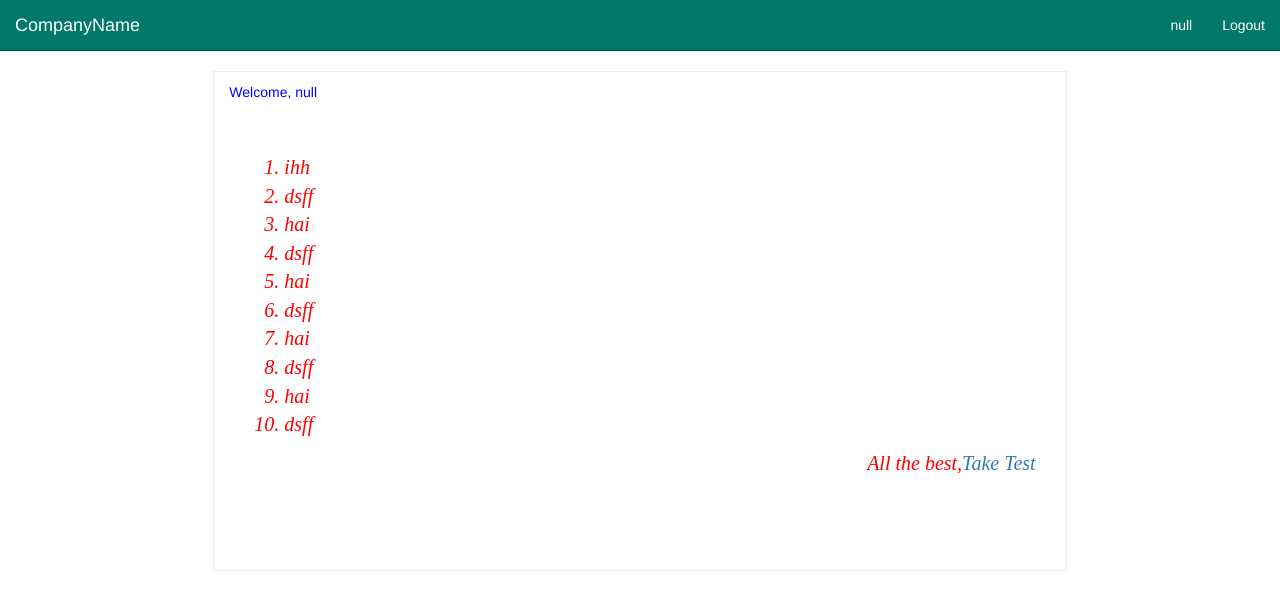
Repository: jayakumar721/projects
Page: http://localhost/TestEngine/dashboard.jsp
These files come from the project's save history. The page is drawn as it stood at one moment and after the next save; the edit follows.
The browser window is 1280 px wide. The pictures show the whole page.
Some web libraries are served in a nearby version. The page is served by Tomcat 9. Other server files are loaded and not shown.

Above is the page before, as saved 2017-11-28 11:36:10.

### TestEngine/WebContent/dashboard.jsp
<%@ page language="java" contentType="text/html; charset=UTF-8"
	pageEncoding="UTF-8"%>
<!DOCTYPE html PUBLIC "-//W3C//DTD HTML 4.01 Transitional//EN" "http://www.w3.org/TR/html4/loose.dtd">
<html>
<head>
<meta http-equiv="Content-Type" content="text/html; charset=UTF-8">
<title>dashboard</title>
<link rel="stylesheet"
	href="https://maxcdn.bootstrapcdn.com/bootstrap/3.3.7/css/bootstrap.min.css">

<!-- jQuery library -->
<script
	src="https://ajax.googleapis.com/ajax/libs/jquery/3.2.1/jquery.min.js"></script>
<script src="vendor/jquery-validation/dist/jquery.validate.min.js"></script>

<!-- Latest compiled JavaScript -->
<script
	src="https://maxcdn.bootstrapcdn.com/bootstrap/3.3.7/js/bootstrap.min.js"></script>
<style type="text/css">
.navbar-inverse {
	background: #00796B;
	border-bottom-color: #004D40;
}

.navbar-inverse .navbar-nav>li>a, .navbar-inverse .navbar-brand,
	.navbar-inverse .navbar-nav>.dropdown>a .caret {
	color: #fff;
}

.navbar-inverse .navbar-nav>.open>a, .navbar-inverse .navbar-nav>.open>a:hover,
	.navbar-inverse .navbar-nav>.open>a:focus, .navbar-nav>li>.dropdown-menu
	{
	background: #4DB6AC;
}

.nav-pills
>
li
>
a
,
{
color








:









#303F9F








;
}
.nav>li>a:hover, .nav>li>a:focus {
	background-color: #EEEEEE;
}

.right {
	height: 500px;
	border: 1px solid #EEEEEE;
}
</style>
</head>
<body>
	<div>
		<%@ include file="header.jsp"%>
	</div>
	<div class="col-sm-2"></div>
	<div class="right col-sm-8">
		<div style="width: 100%; height: 20px; color: blue; margin-top: 10px">
			Welcome,
			<%=session.getAttribute("name")%></div>
			<div class="col-sm-2"></div>
		<div class="col-sm-6" style="font-family:timesnewroman;font-size:20px;font-style:italic;width: 100%; height: 300px; color: red; margin-top: 50px">
			<ol type="1">
				<li>ihh</li>
				<li>dsff</li>
				<li>hai</li>
				<li>dsff</li>
				<li>hai</li>
				<li>dsff</li>
				<li>hai</li>
				<li>dsff</li>
				<li>hai</li>
				<li>dsff</li>
			</ol>
			<div style="float:right">
				All the best,<a href="Questions" id="taketest">Take Test</a>
			</div>
		</div>
	</div>



</body>
</html>

### TestEngine/WebContent/header.jsp
<%@ page language="java" contentType="text/html; charset=UTF-8"
	pageEncoding="UTF-8"%>
<!DOCTYPE html PUBLIC "-//W3C//DTD HTML 4.01 Transitional//EN" "http://www.w3.org/TR/html4/loose.dtd">
<html>
<head>
<meta charset="UTF-8">
<title>Insert title here</title>

<link rel="stylesheet"
	href="https://maxcdn.bootstrapcdn.com/bootstrap/3.3.7/css/bootstrap.min.css">

<!-- jQuery library -->
<script
	src="https://ajax.googleapis.com/ajax/libs/jquery/3.2.1/jquery.min.js"></script>
<script src="vendor/jquery-validation/dist/jquery.validate.min.js"></script>

<!-- Latest compiled JavaScript -->
<script
	src="https://maxcdn.bootstrapcdn.com/bootstrap/3.3.7/js/bootstrap.min.js"></script>
<style type="text/css">
.navbar-inverse {
	background: #00796B;
	border-bottom-color: #004D40;
}

.navbar-inverse .navbar-nav>li>a, .navbar-inverse .navbar-brand,
	.navbar-inverse .navbar-nav>.dropdown>a .caret {
	color: #fff;
}

.navbar-inverse .navbar-nav>.open>a, .navbar-inverse .navbar-nav>.open>a:hover,
	.navbar-inverse .navbar-nav>.open>a:focus, .navbar-nav>li>.dropdown-menu
	{
	background: #4DB6AC;
}

.nav-pills
>
li
>
a
,
{
color
:

#303F9F
;


}
.nav>li>a:hover, .nav>li>a:focus {
	background-color: #EEEEEE;
}
</style>

</head>
<body>
	<div id="top-nav" class="navbar navbar-inverse navbar-static-top">
		<div class="container-fluid">
			<div class="navbar-header">
				<button type="button" class="navbar-toggle" data-toggle="collapse"
					data-target=".navbar-collapse">
					<span class="icon-bar"></span> <span class="icon-bar"></span> <span
						class="icon-bar"></span>
				</button>
				<a class="navbar-brand" href="dashboard.jsp">CompanyName</a>
			</div>
			<div class="navbar-collapse collapse">
				<ul class="nav navbar-nav navbar-right">
					<li><i class="fa fa-user-circle"></i><a><%=session.getAttribute("name")%></a>

					</li>

					<li><a href="Login.html"><i class="fa fa-sign-out"></i>
							Logout</a></li>
				</ul>
			</div>
		</div>
		<!-- /container -->
	</div>

</body>
</html>

After the next save:
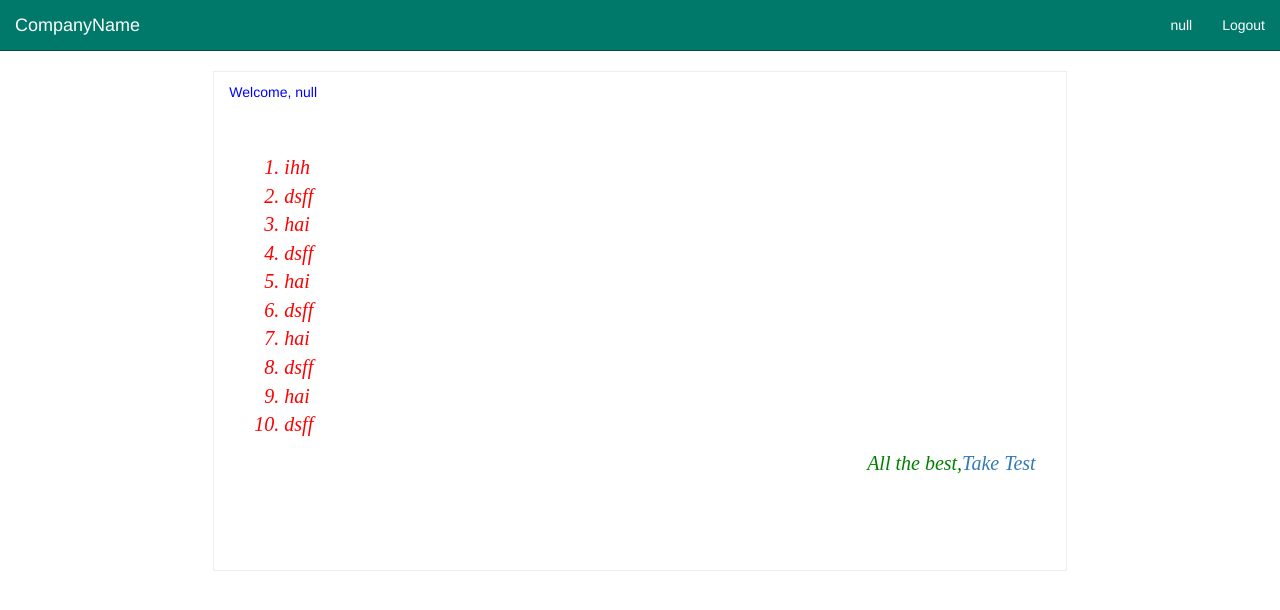
Saved 24 s later.
--- a/TestEngine/WebContent/dashboard.jsp
+++ b/TestEngine/WebContent/dashboard.jsp
@@ -103,7 +103,7 @@ color
 				<li>hai</li>
 				<li>dsff</li>
 			</ol>
-			<div style="float:right">
+			<div style="float:right;color:green;">
 				All the best,<a href="Questions" id="taketest">Take Test</a>
 			</div>
 		</div>
